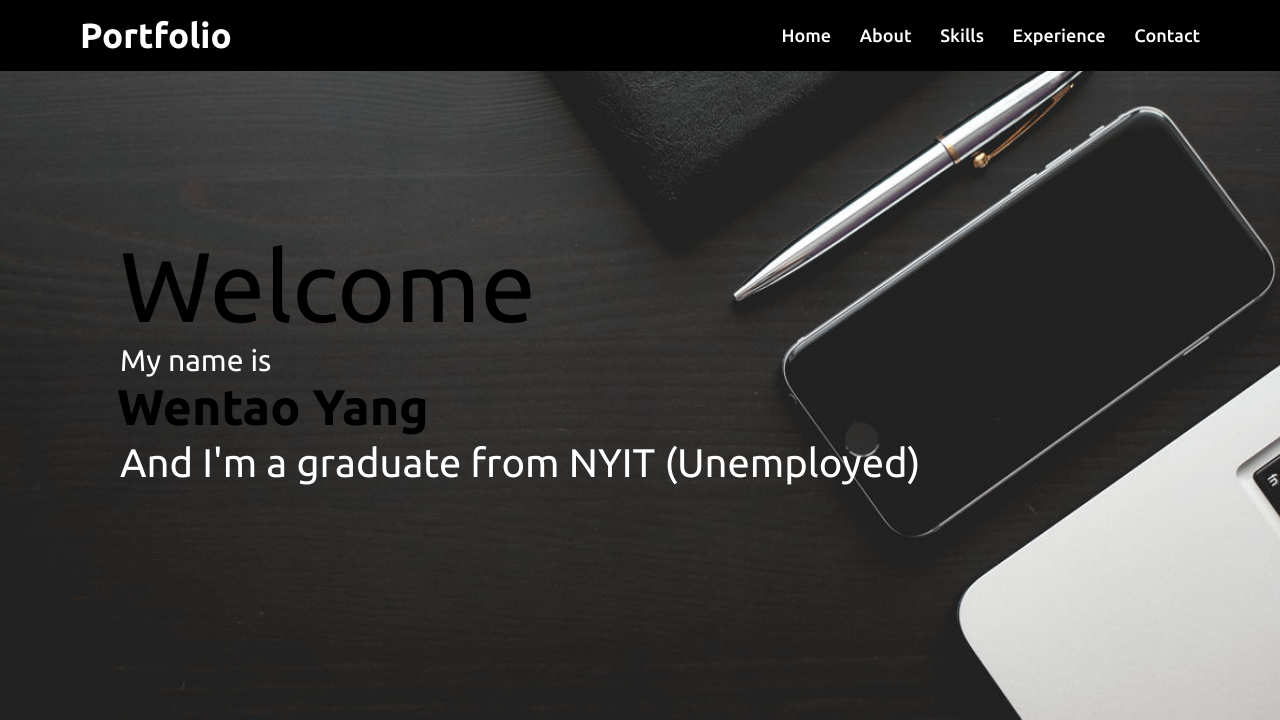
Repository: wyang08/wyang08.github.io
Page: index.html
The author's editor kept a copy of each file at every save. The page is drawn from the files as they stood at one save, then again after the next save.
The browser window is 1280 px wide. The pictures show the whole page.

Above is the page before, as saved 2021-07-02 15:03:28.

### index.html
<!DOCTYPE html>
<html lang="en">
<head>
    <meta charset="UTF-8">
    <meta name="viewport" content="width=divice-width, initial-scale=1.0">
    <title>Personal Porfolio Website</title>
    <link rel="stylesheet" href="style.css">
    <script src="https://kit.fontawesome.cm/a076d05399.js"></script>
</head>

<body>
    <nav class="navbar">
        <div class="max-width">

            <div class="logo"><a href="#">Portfo<span>lio</span></a></div>

            <ul class="menu">
                <li><a href="#">Home</a></li>
                <li><a href="#">About</a></li>
                <li><a href="#">Skills</a></li>
                <li><a href="#">Experience</a></li>
                <li><a href="#">Contact</a></li>
            </ul>

        </div>


    </nav>

    <!-- 内容 -->
    <section class="home" id="home">
        <div class="max-width">
            <div class="home-content">
                <div class="text-1">Welcome</div>
                <div class="text-2">My name is</div>
                <div class="text-3">Wentao Yang</div>
                <div class="text-4">And I'm a graduate from NYIT <span>(Unemployed)</span></div>
            </div>
        </div>
    </section>


</body>


</html>

### style.css
@import url('https://fonts.googleapis.com/css2?family=Poppins:wght@400;500;600;700&family=Ubuntu:wght@400;500;700&display=swap');

*{
    margin: 0;
    padding: 0;
    box-sizing: border-box;
    text-decoration: none;

}

/* navbar styling */
.navbar{
    position: fixed;
    width: 100%;
    padding: 15px 0;
    background: black;
    font-family: 'Ubuntu', sans-serif;
}


.navbar .menu li a{
    color: white;
    font-size: 18px;
    font-weight: 500;
    margin-left: 25px;
}

/* 标题大小 */
.navbar .logo a{
    color: white;
    font-size: 35px;
    font-weight: 600;
}

/* Subtitle display style */
.navbar .menu li{
    list-style-type: none;
    display: inline-block;
}

.navbar .max-width{
    display: flex;
    align-items: center;
    justify-content: space-between;
}

.max-width{
    max-width: 1300px;
    padding: 0 80px;
    margin: auto;
}

/* 内容 */
.home{
    display: flex;
    /* background: white; */
    height: 100vh;
    background: url("images/background/portfolio-background.jpg") no-repeat center;
    background-size: cover;
    min-height: 500px;
    color: white;
    font-family: 'Ubuntu', sans-serif;
}

.home .max-width{
    margin: auto 0 auto 40px;
}

.home .home-content .text-1{
    font-size: 99px;
    color: black;
}
.home .home-content .text-2{
    font-size: 30px;
}
.home .home-content .text-3{
    font-size: 50px;
    font-weight: 600;
    margin-left: -3px;
    color: black;
}
.home .home-content .text-4{
    font-size: 40px;
    margin: 5px 0;
}

After the next save:
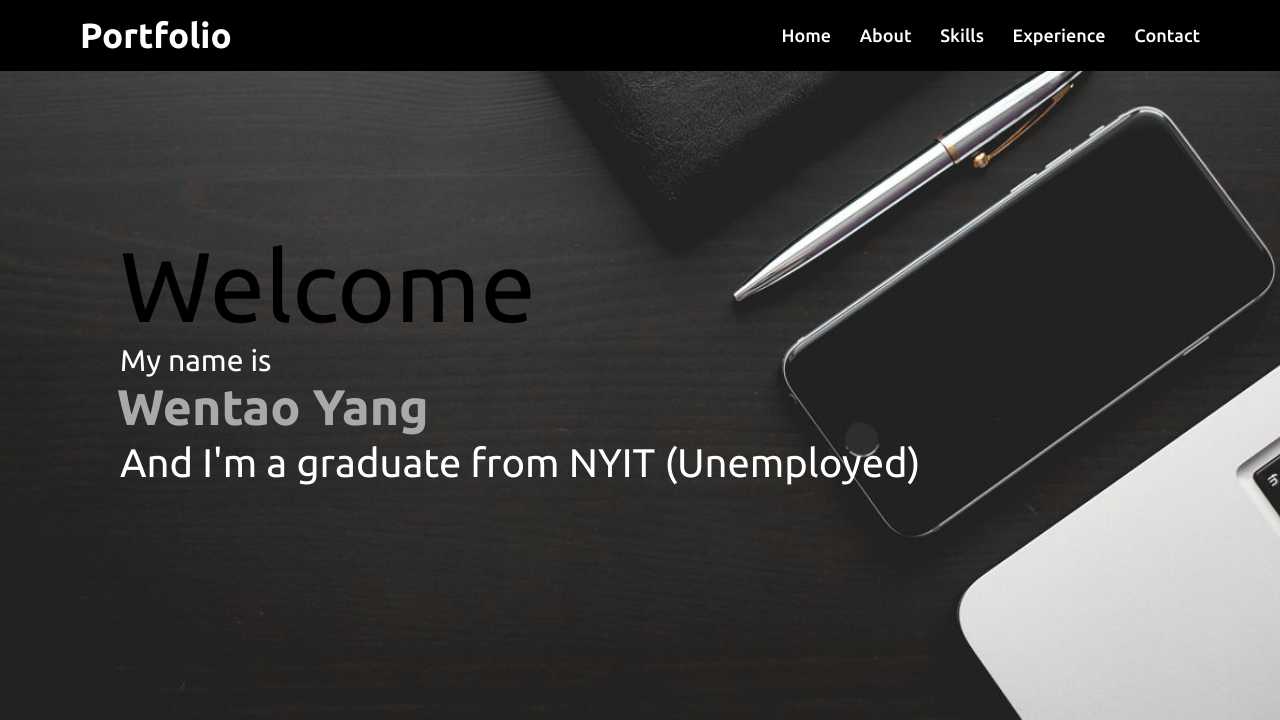
Saved 21 s later.
--- a/style.css
+++ b/style.css
@@ -77,7 +77,7 @@
     font-size: 50px;
     font-weight: 600;
     margin-left: -3px;
-    color: black;
+    color: darkgray;
 }
 .home .home-content .text-4{
     font-size: 40px;
